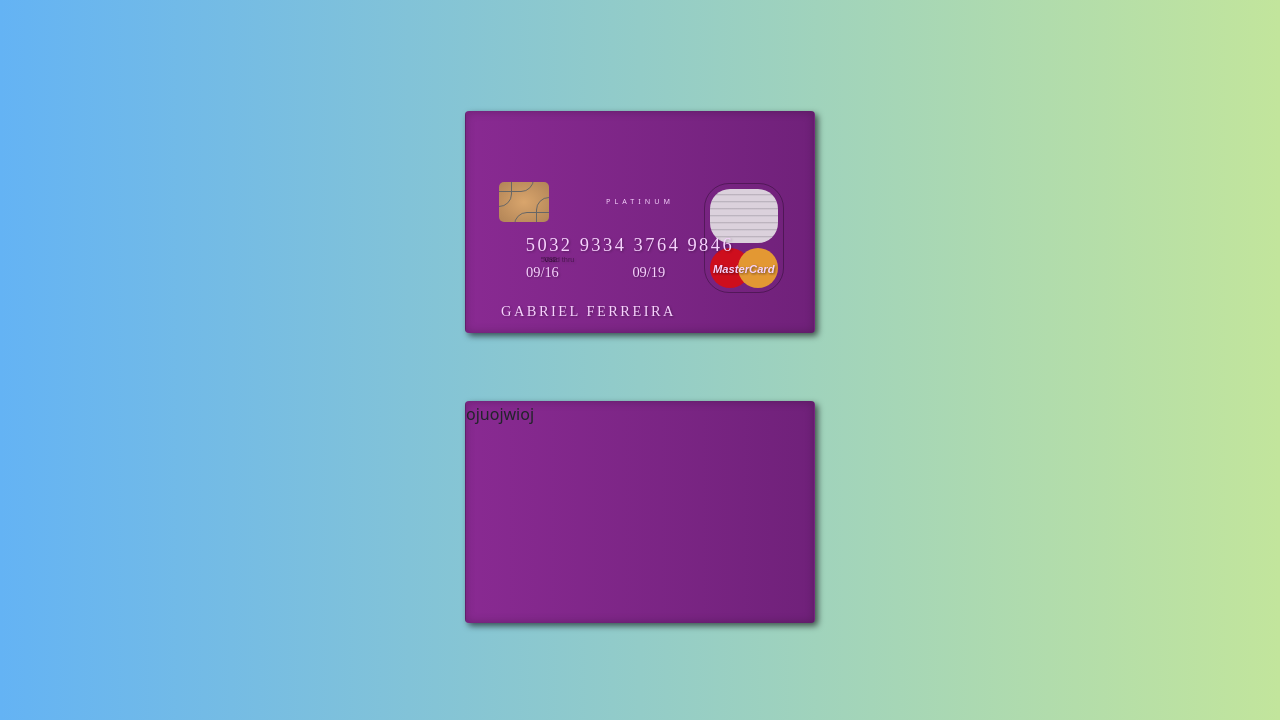
Repository: DilunVass/Car_Rental_System
Page: http://localhost/Online_Vehicle_Rental_System/AllCards.jsp
An editor plug-in stored every save of this project. The page is shown before and after the next save, followed by the edit.
The browser window is 1280 px wide. The pictures show the whole page.
The page is served by Tomcat 9. Nobody is signed in. The application's start-up code is not run. Queries for data that is not in the repository find no rows.

Above is the page before, as saved 2023-10-23 09:40:50.

After the next save:
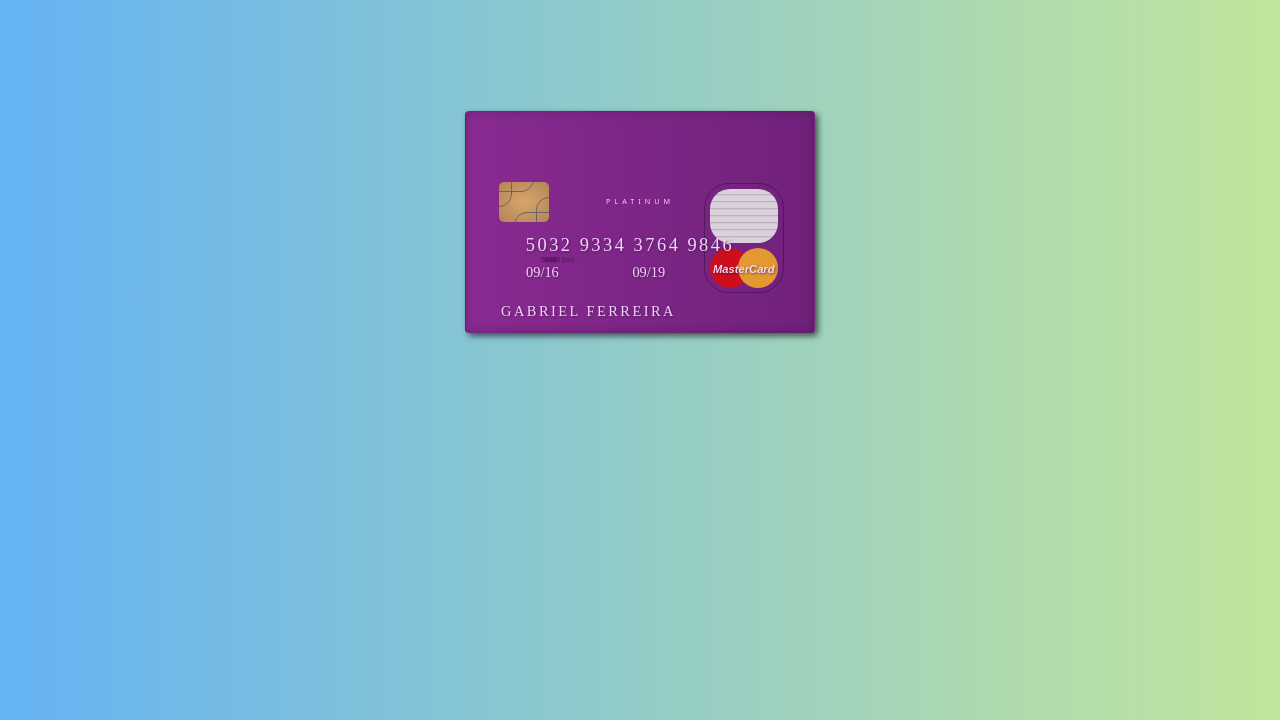
Saved 53 s later.
--- a/online_car_rentel/Online_Vehicle_Rental_System/src/main/webapp/AllCards.jsp
+++ b/online_car_rentel/Online_Vehicle_Rental_System/src/main/webapp/AllCards.jsp
@@ -31,8 +31,12 @@
 
 				%>
 					   <div>
-					   	<h6><%=rs.getString(3) %></h6>
+					   	<h6></h6>
 					   </div>
+
+					   <div class="card">
+						<%=rs.getString(3) %>
+						</div>
                 <%
 
 					}
@@ -76,9 +80,7 @@
 
 	<br>
 	<br>
-	<div class="card">
-	ojuojwioj
-	</div>
+
 
 </body>
 </html>
